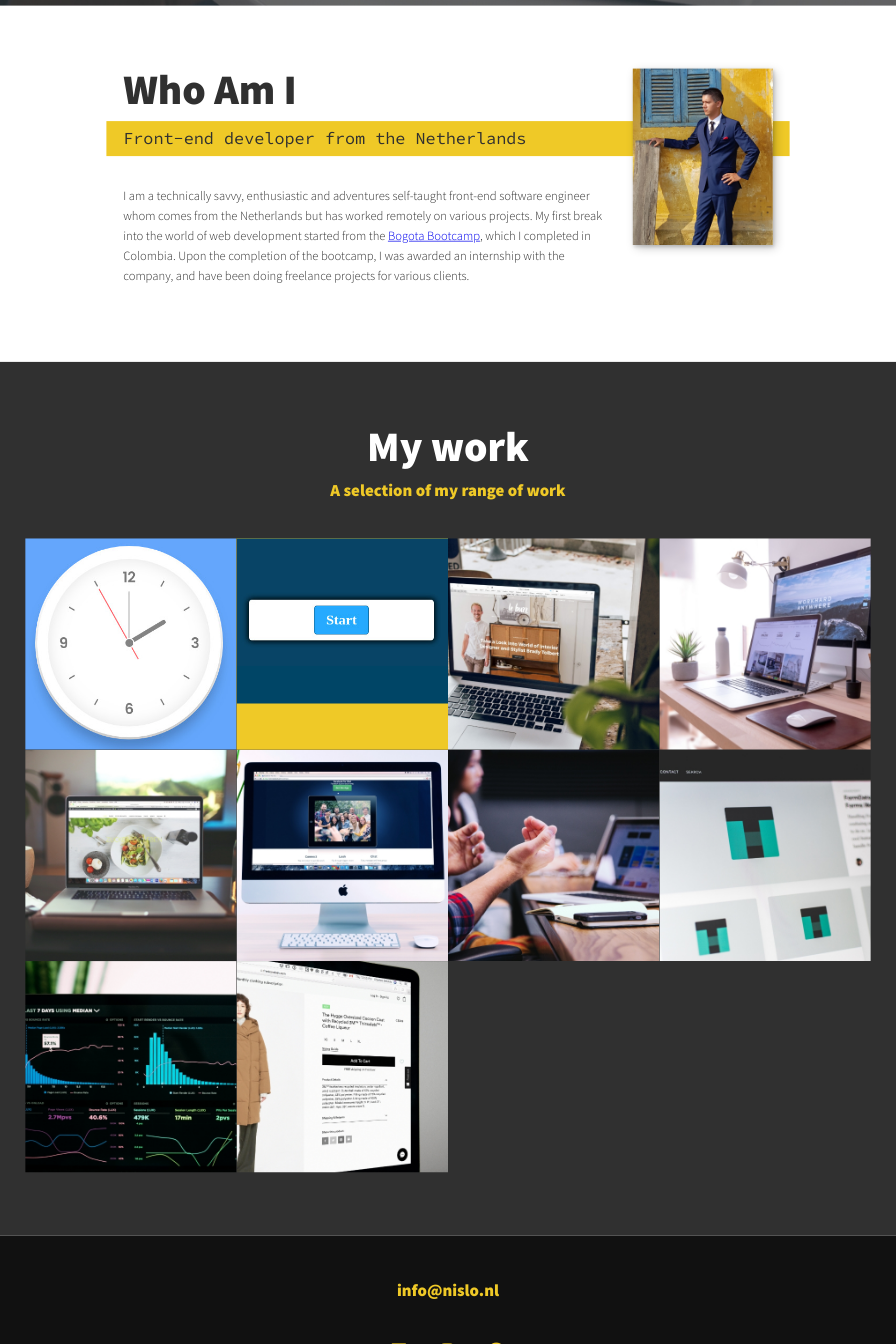
Repository: DaNiels89/portfolio
Page: index.html
The author's editor kept a copy of each file at every save. The page is drawn from the files as they stood at one save, then again after the next save.
The browser window is 1280 px wide. The pictures show the part of the page from y = 1180 to 3100 px (the page is 3189 px tall), at 70% of full size.
Some web libraries are served in a nearby version.

Above is the page before, as saved 2020-06-22 11:58:47.

After the next save:
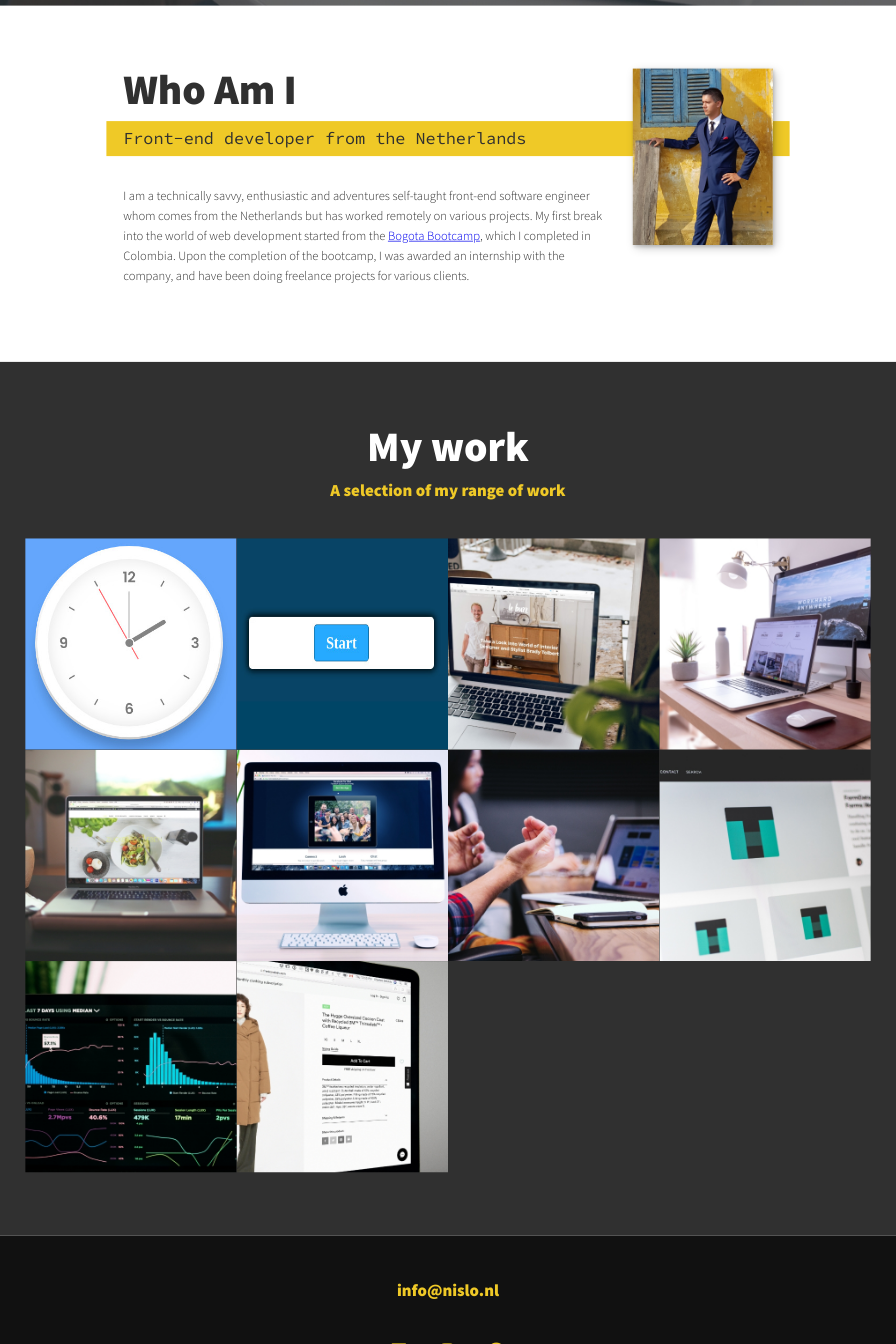
Saved 114 s later.
--- a/index.html
+++ b/index.html
@@ -151,12 +151,12 @@
 		<div class="portfolio">
 			<!-- Portfolio item 01 -->
 			<a href="portfolio-item-01.html" id="portfolio__item1" class="portfolio__item">
-				<img src="analog-clock/img/clock.jpg" alt="" id="portfolio__img1" class="portfolio__img" />
+				<img src="analog-clock/img/clock.jpg" alt="Analog Clock" id="portfolio__img1" class="portfolio__img" />
 			</a>
 
 			<!-- Portfolio item 02 -->
 			<a href="portfolio-item-02.html" id="portfolio__item2" class="portfolio__item">
-				<img src="quiz-js/img/start.jpg" alt="" class="portfolio__img" />
+				<img src="quiz-js/img/start.jpg" alt="Quiz" id="portfolio__img1" class="portfolio__img" />
 			</a>
 
 			<!-- Portfolio item 03 -->
